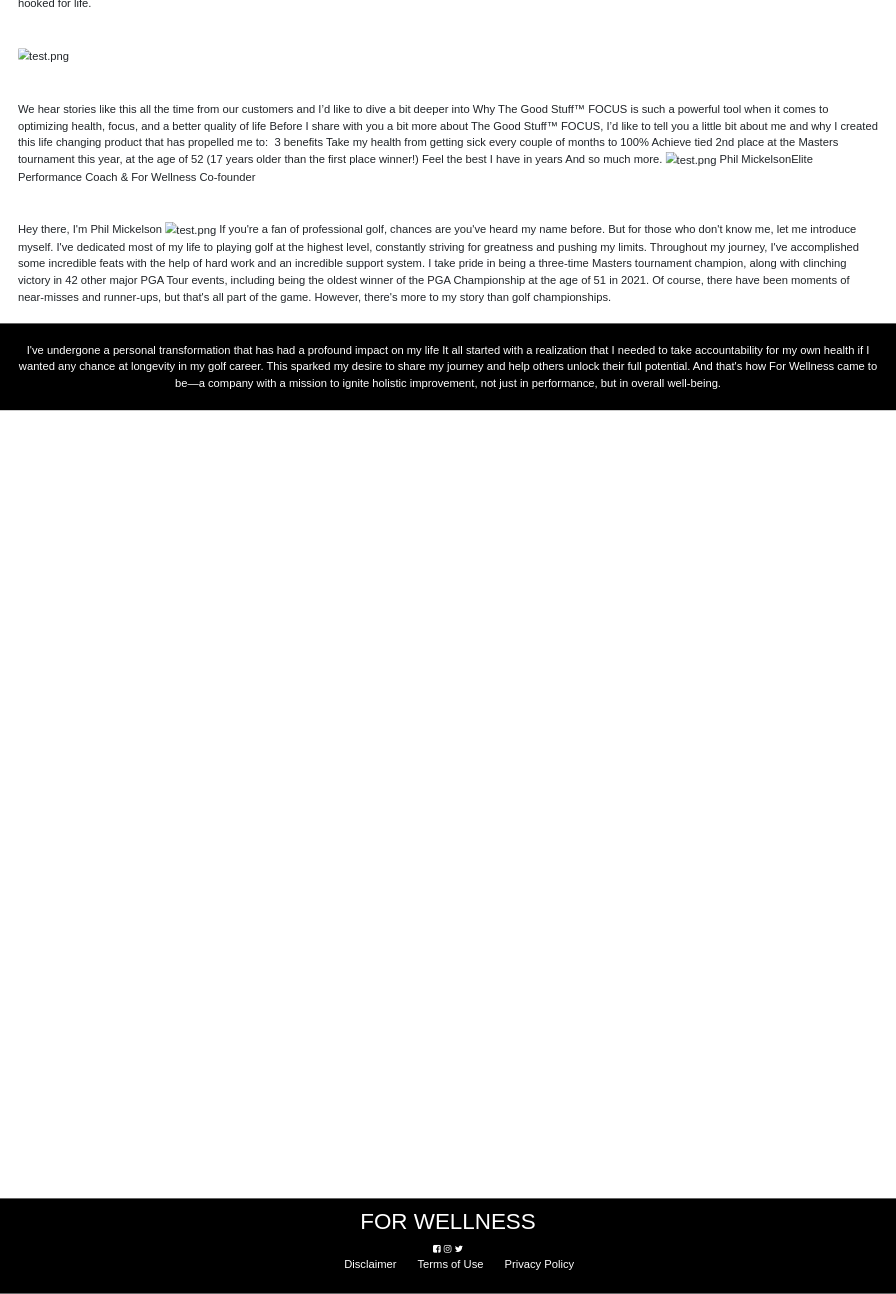
Repository: dariusprince90/wellness-landing
Page: index.html
The author's editor kept a copy of each file at every save. The page is drawn from the files as they stood at one save, then again after the next save.
The browser window is 1280 px wide. The pictures show the part of the page from y = 1210 to 3130 px (the page is 3058 px tall before and 3130 px after), at 70% of full size.

Above is the page before, as saved 2023-07-25 16:00:26.

After the next save:
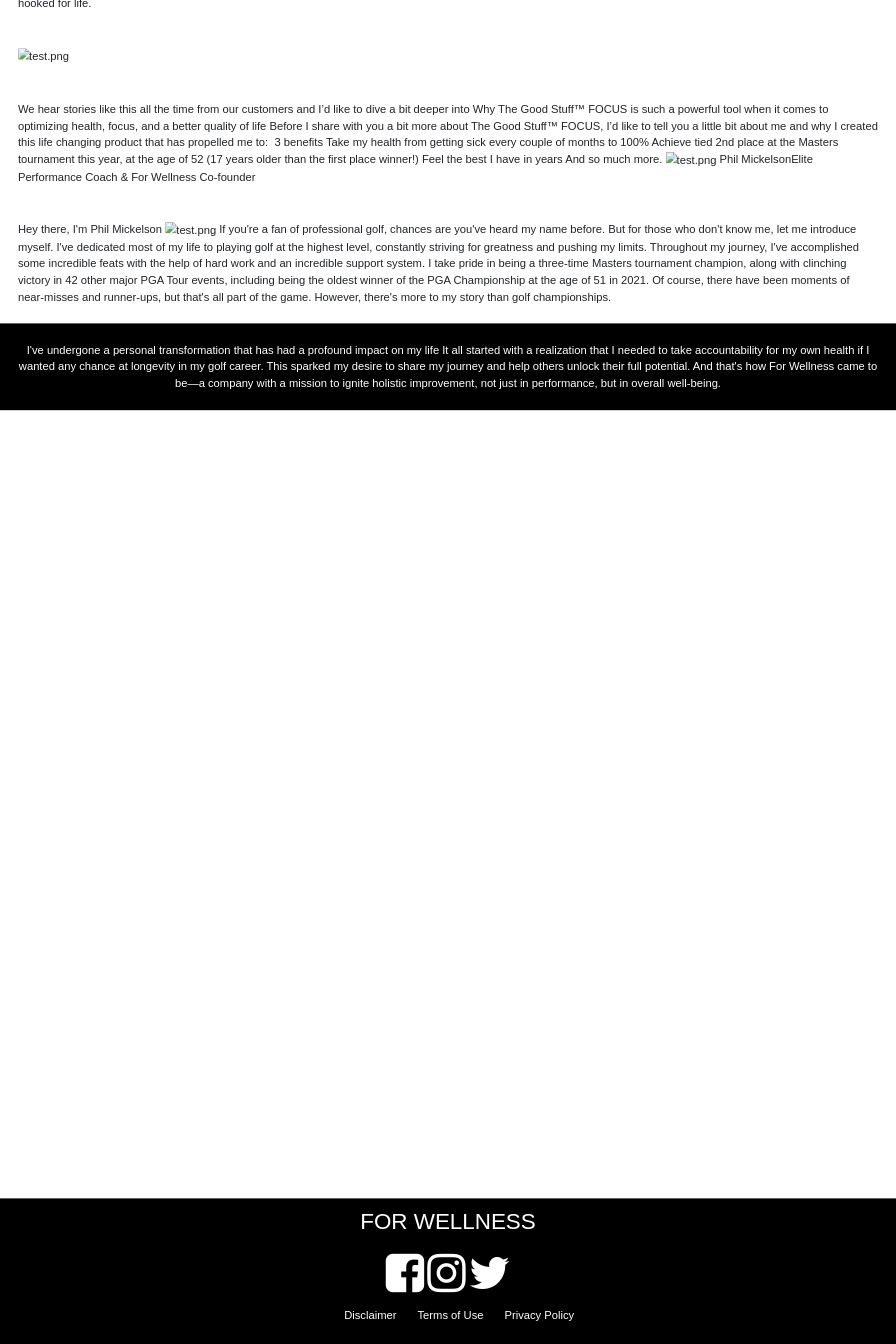
Saved 7 s later.
--- a/css/styles.css
+++ b/css/styles.css
@@ -31,7 +31,7 @@
 }
 
 .soclmd {
-    font-size: 1vw;
+    font-size: 5vw;
 }
 
 
